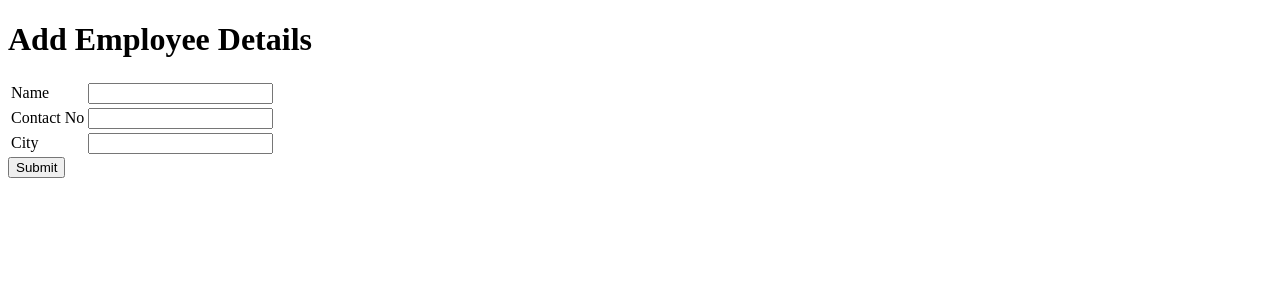
Repository: radhikasarda/RestEasyDemo
Page: http://localhost/RestDemo/
These files come from the project's save history. The page is drawn as it stood at one moment and after the next save; the edit follows.
The browser window is 1280 px wide. The pictures show the whole page.
The page is served by Tomcat 9. Nobody is signed in. The application's start-up code is not run. Other server files are loaded and not shown.

Above is the page before, as saved 2019-06-25 11:34:56.

### RestDemo/src/main/webapp/index.jsp
<%@ page language="java" contentType="text/html; charset=ISO-8859-1"
    pageEncoding="ISO-8859-1"%>
<!DOCTYPE html PUBLIC "-//W3C//DTD HTML 4.01 Transitional//EN" "http://www.w3.org/TR/html4/loose.dtd">
<html>
<head>
<meta http-equiv="Content-Type" content="text/html; charset=ISO-8859-1">
<title>CRUD OPERATIONS</title>
</head>
<body>
<h1>Add Employee Details</h1>

<form action="<%=request.getContextPath() %>/add" method="post" name="insertForm">
      <table style="with: 50%">
        <tr>
          <td>Name</td>
          <td><input type="text" name="name" required/></td>
        </tr>

        <tr>
          <td>Contact No</td>
          <td><input type="text" name="contact" maxlength="10" required/></td>
        </tr>

        <tr>
          <td>City</td>
          <td><input type="text" name="city" required/></td>
        </tr>

      </table>
      <input type="submit" value="Submit" name="button" />

      </form>
</body>
</html>

After the next save:
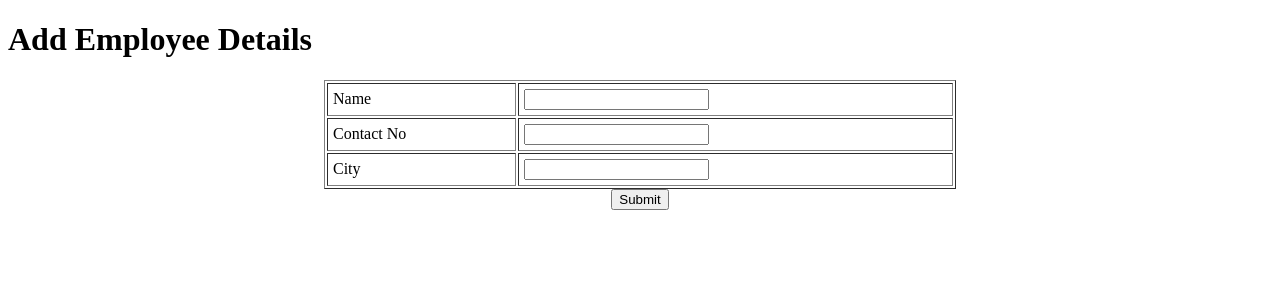
Saved 4 min 21 s later.
--- a/RestDemo/src/main/webapp/index.jsp
+++ b/RestDemo/src/main/webapp/index.jsp
@@ -10,7 +10,8 @@
 <h1>Add Employee Details</h1>
 
 <form action="<%=request.getContextPath() %>/add" method="post" name="insertForm">
-      <table style="with: 50%">
+<center>
+      <table border="1" width="50%" cellpadding="5">
         <tr>
           <td>Name</td>
           <td><input type="text" name="name" required/></td>
@@ -28,7 +29,7 @@
 
       </table>
       <input type="submit" value="Submit" name="button" />
-
+      </center>
       </form>
 </body>
 </html>
